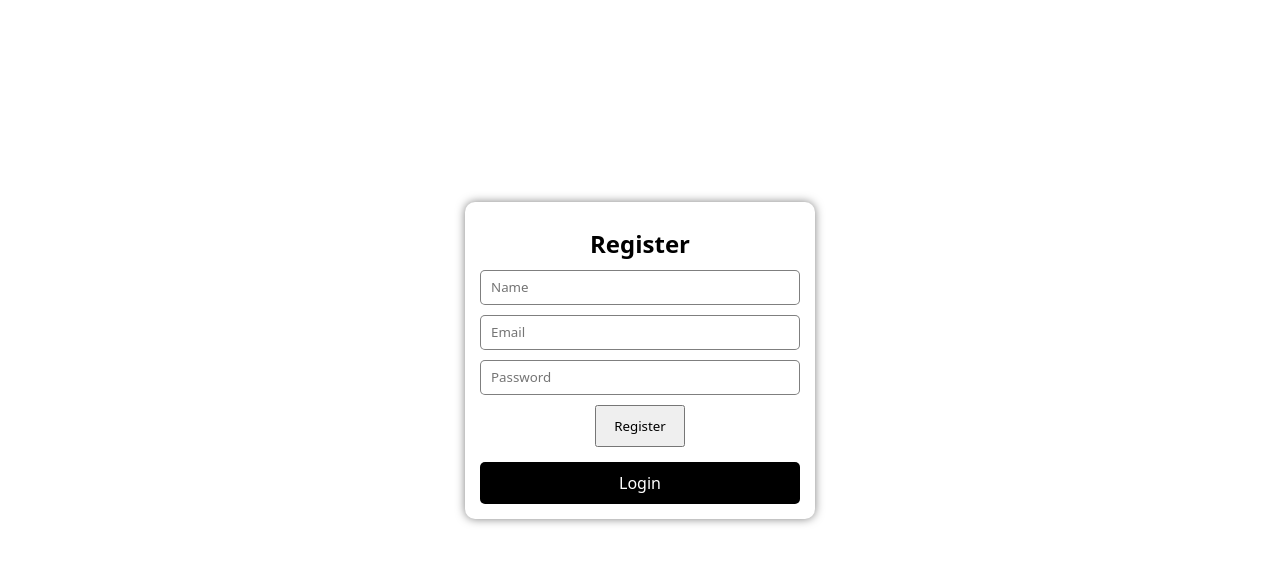
Repository: SanjaySokal/learn-java
Page: http://localhost/ServletProject/register.jsp
These files come from the project's save history. The page is drawn as it stood at one moment and after the next save; the edit follows.
The browser window is 1280 px wide. The pictures show the whole page.
The page is served by Tomcat 9.

Above is the page before, as saved 2023-09-09 03:21:43.

After the next save:
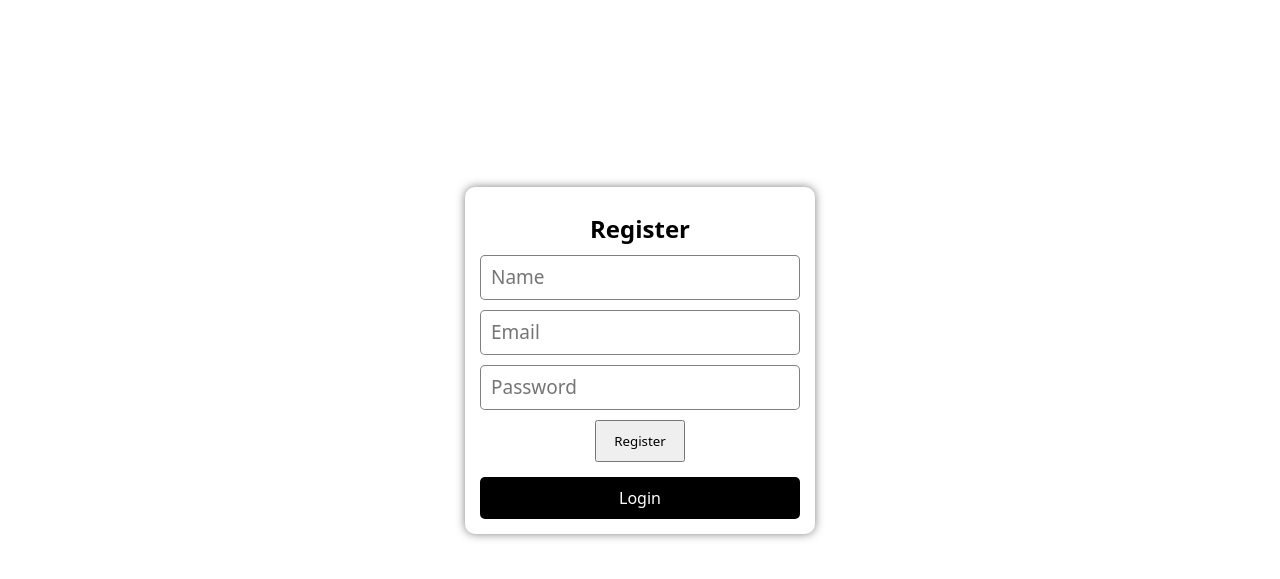
Saved 35 s later.
--- a/ServletProject/src/main/webapp/style.css
+++ b/ServletProject/src/main/webapp/style.css
@@ -29,8 +29,9 @@
 	width: 100%;
 	outline: none;
 	border: 1px solid rgba(0, 0, 0, 0.5);
+	font-size: 19px;
 	border-radius: 5px;
-	height: 35px;
+	height: 45px;
 	margin-bottom: 10px;
 	padding: 0 10px;
 }
